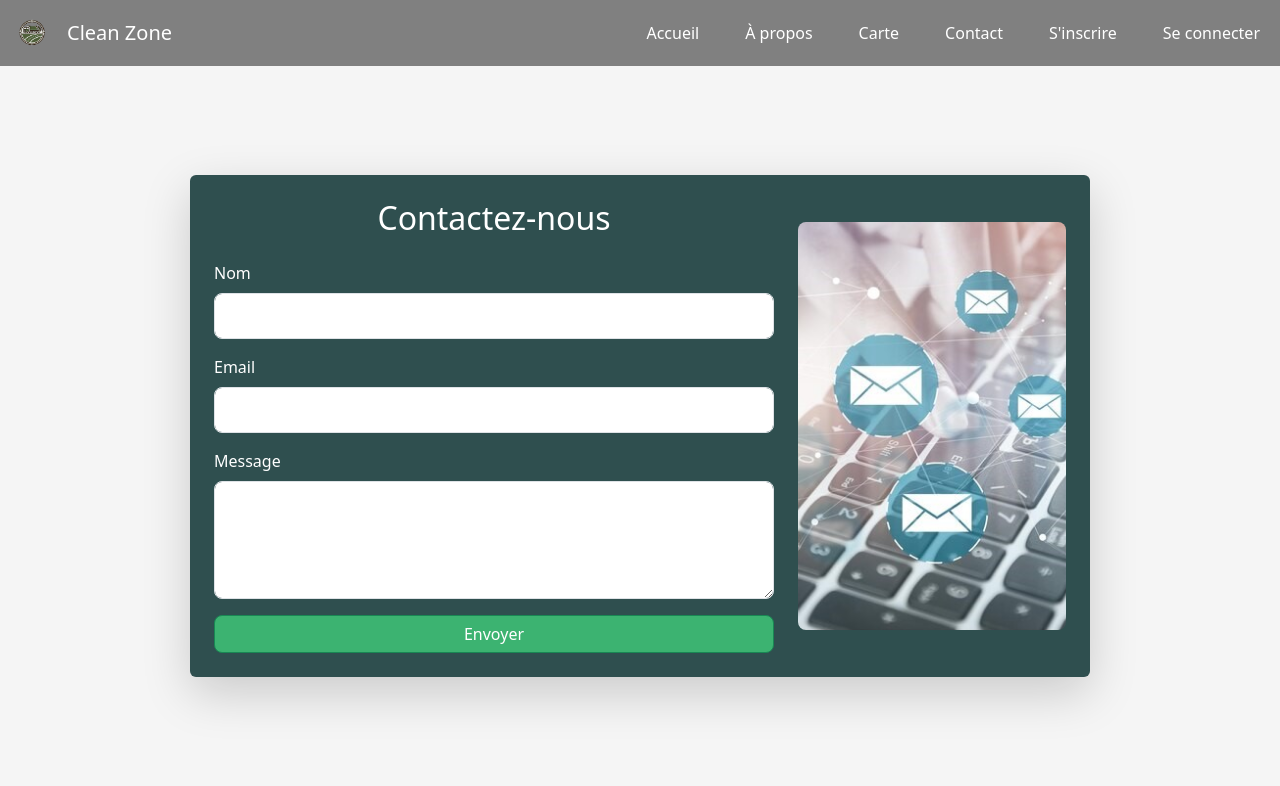
Repository: SystemInfoGeo/QGISproject
Page: /contact (app in NEXT/)
The author's editor kept a copy of each file at every save. The page is drawn from the files as they stood at one save, then again after the next save.
The browser window is 1280 px wide. The pictures show the whole page.
The project was rebuilt for these pictures with package versions that can differ from the ones it lists, and the page was loaded fresh each time. The framework's server and built-in components were replaced by stand-ins that run in the browser. Also part of the build but not shown: NEXT/next.config.mjs.

Above is the page before, as saved 2024-09-16 19:03:14.

After the next save:
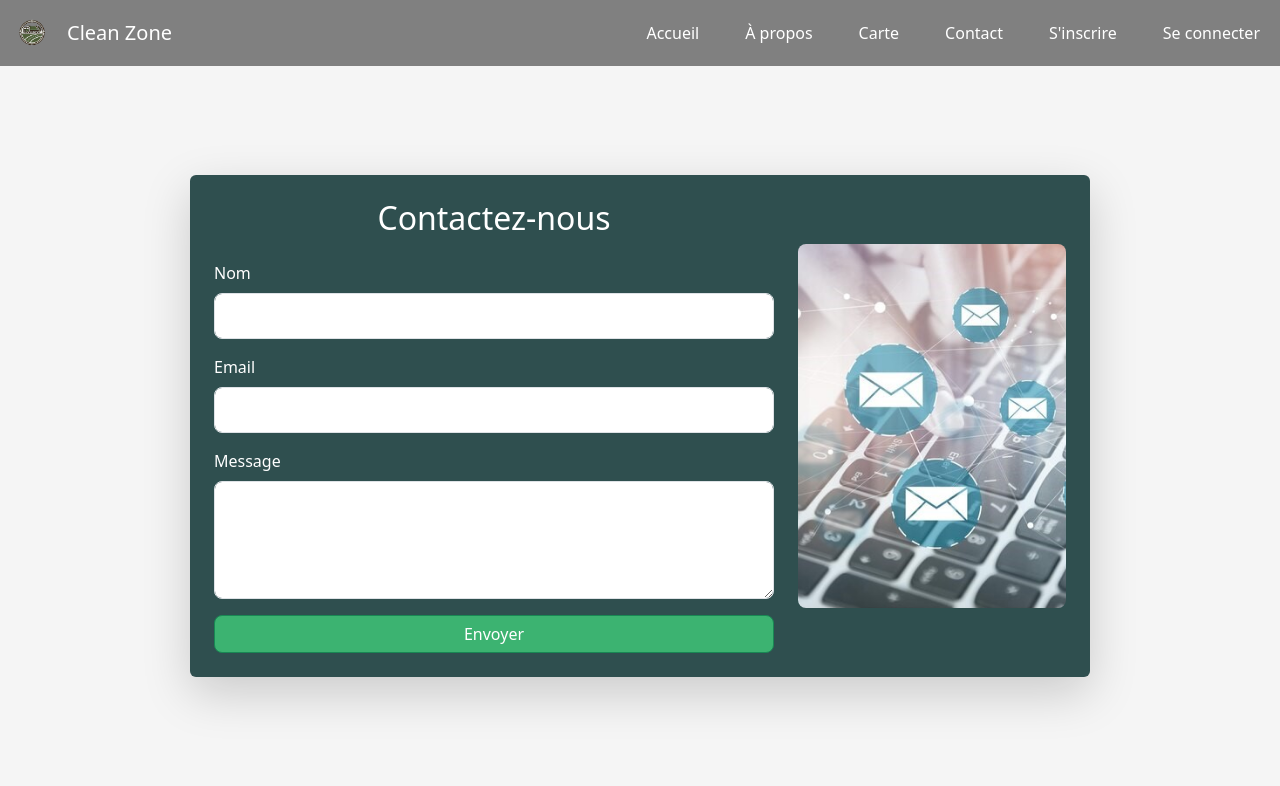
Saved 22 s later.
--- a/NEXT/styles/Contact.css
+++ b/NEXT/styles/Contact.css
@@ -24,7 +24,7 @@
   }
   .contact-form img {
     width: 100%;
-    height: 90%; /* L'image prendra la hauteur totale du conteneur */
+    height: 80%; /* L'image prendra la hauteur totale du conteneur */
     object-fit: cover;
     border-radius: 8px;
   }
